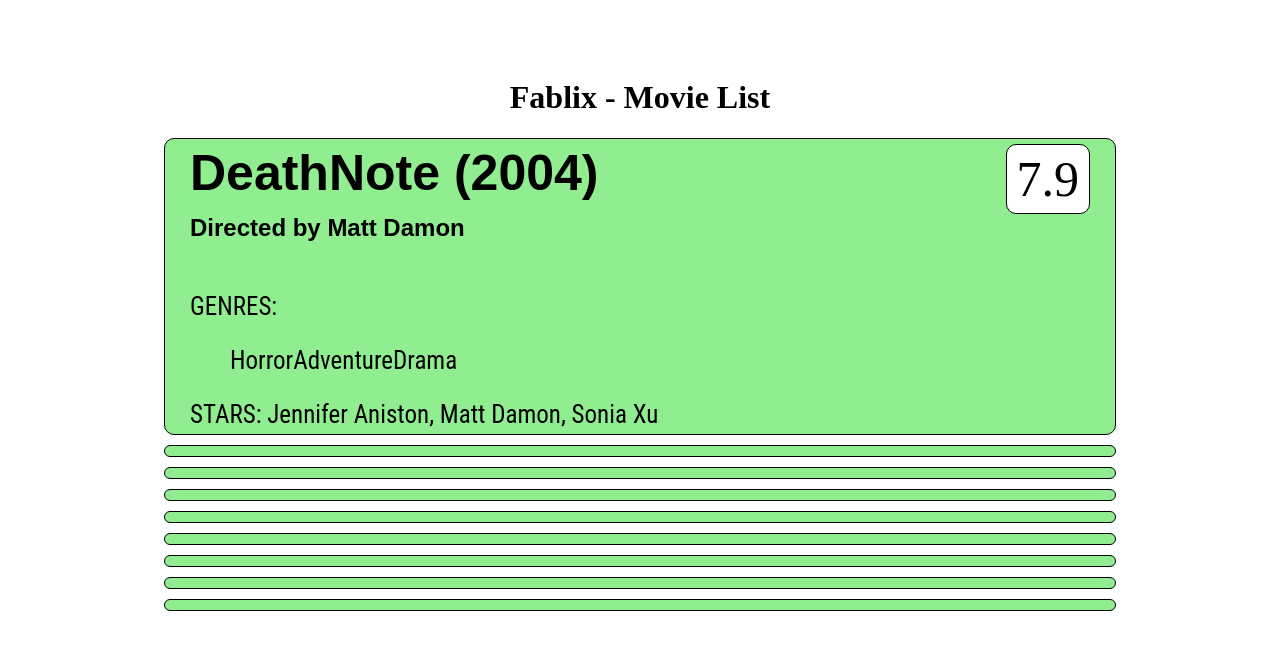
Repository: csumphan/fablix
Page: Project1/WebContent/index.html
The author's editor kept a copy of each file at every save. The page is drawn from the files as they stood at one save, then again after the next save.
The browser window is 1280 px wide. The pictures show the whole page.
Some web fonts or font styles are not loaded; a fallback is used.

Above is the page before, as saved 2018-01-23 00:26:48.

After the next save:
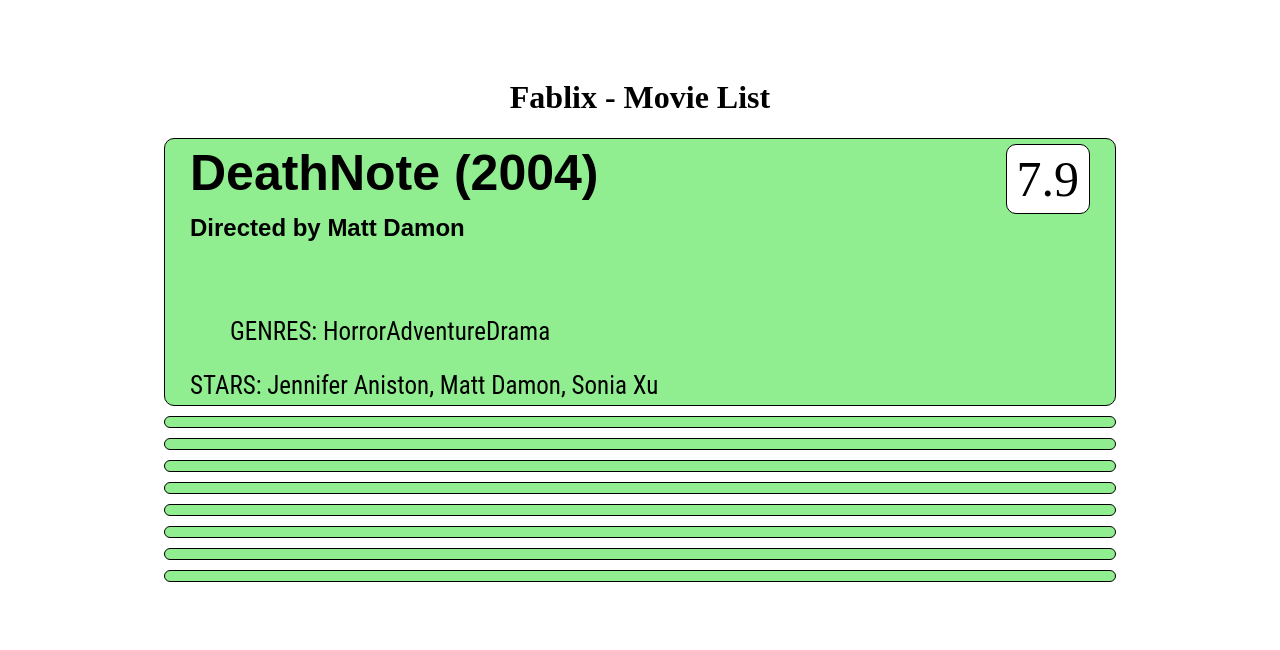
Saved 22 s later.
--- a/Project1/WebContent/index.html
+++ b/Project1/WebContent/index.html
@@ -19,8 +19,9 @@
 			</div>
 			<div class="info-container">
 				<div class="genres-container">
-					GENRES:
+
 					<ul>
+						<li>GENRES: </li>
 						<li>Horror <li>
 						<li>Adventure <li>
 						<li>Drama <li>
